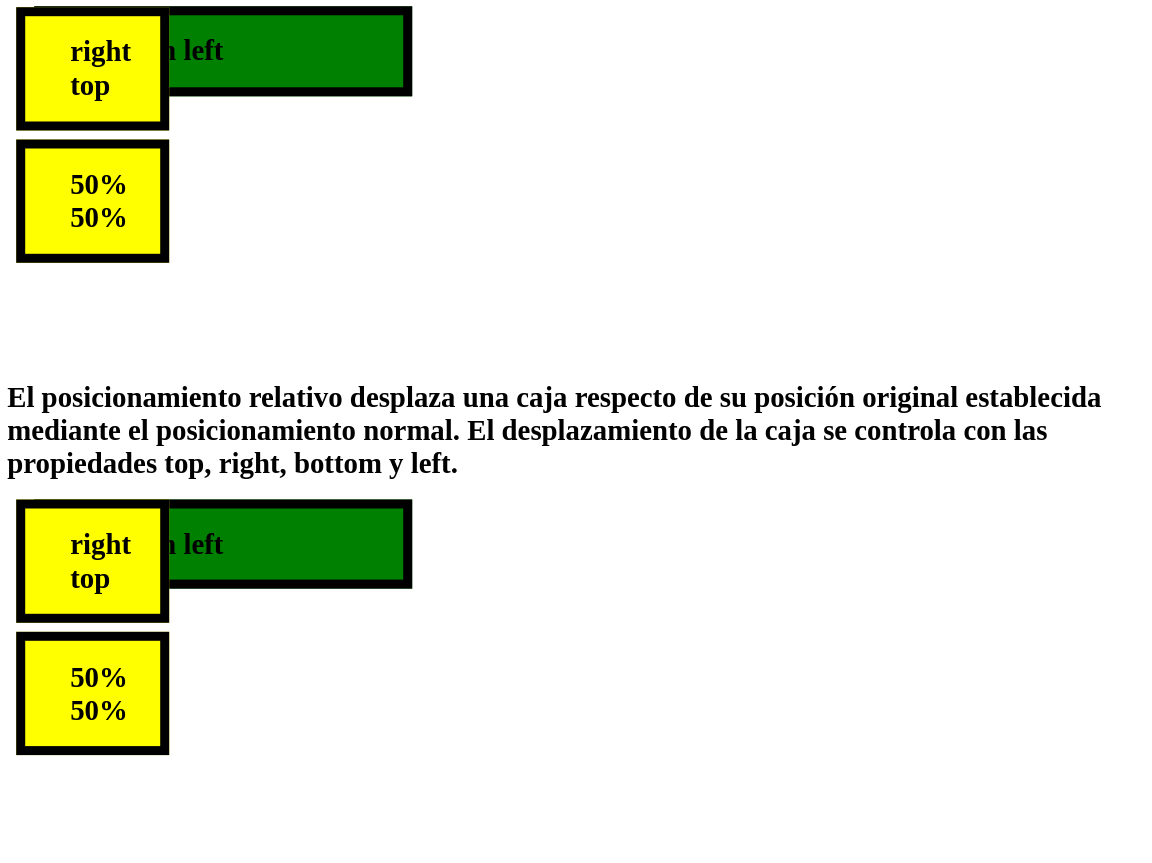
Repository: antonio63j/misNotas
Page: software/CSS/Demos/aptana_proyect/src/absoluto.html
An editor plug-in stored every save of this project. The page is shown before and after the next save, followed by the edit.
The browser window is 1280 px wide. The pictures show the whole page, at 90% of full size.

Above is the page before, as saved 2017-04-23 16:16:45.

After the next save:
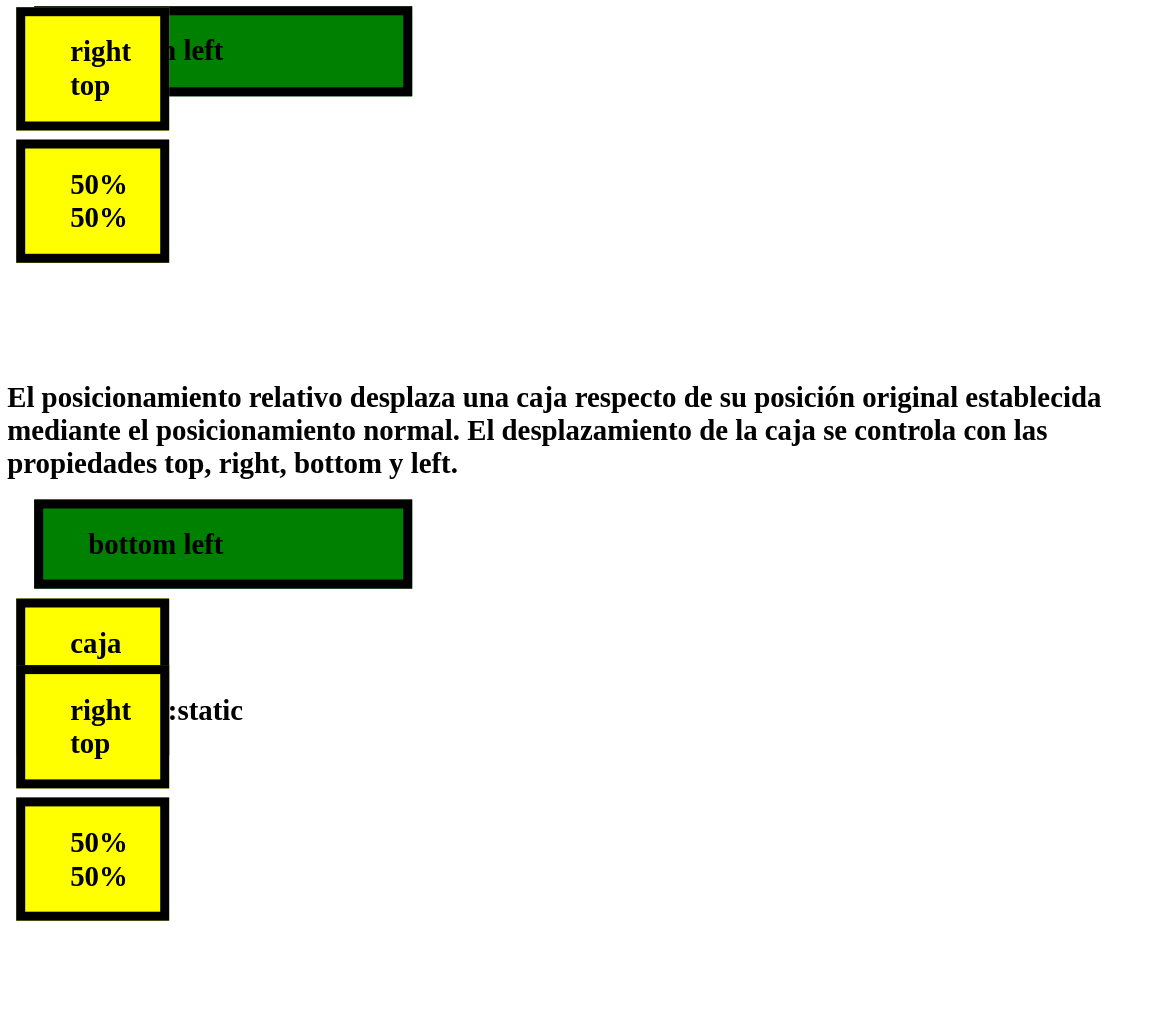
Saved 15 min 55 s later.
--- a/software/CSS/Demos/aptana_proyect/src/absoluto.html
+++ b/software/CSS/Demos/aptana_proyect/src/absoluto.html
@@ -98,6 +98,20 @@
   background-color:yellow;
 }
 
+#caja44 {
+  position:static;
+  top:-110px;
+  width: 50px;
+  padding-left:  50px;
+  padding-right: 50px;
+  margin-left:   10px;
+  margin-right:  10px;
+  border: 10px solid black;
+  margin-bottom:10px;
+  background-color:yellow;
+}
+
+
 </style>
 </head>
 
@@ -112,8 +126,11 @@
 <h1>El posicionamiento relativo desplaza una caja respecto de su posición original establecida mediante el posicionamiento normal. El desplazamiento de la caja se controla con las propiedades top, right, bottom y left.</h1>
 
 <div id="caja11"><h1>bottom left</h1></div>
+<div id="caja44"><h1>caja con position:static</h1></div>
 <div id="caja22"><h1>right top</h1></div>
 <div id="caja33"><h1>50% 50%</h1></div>
+
+
 
 </body>
 
